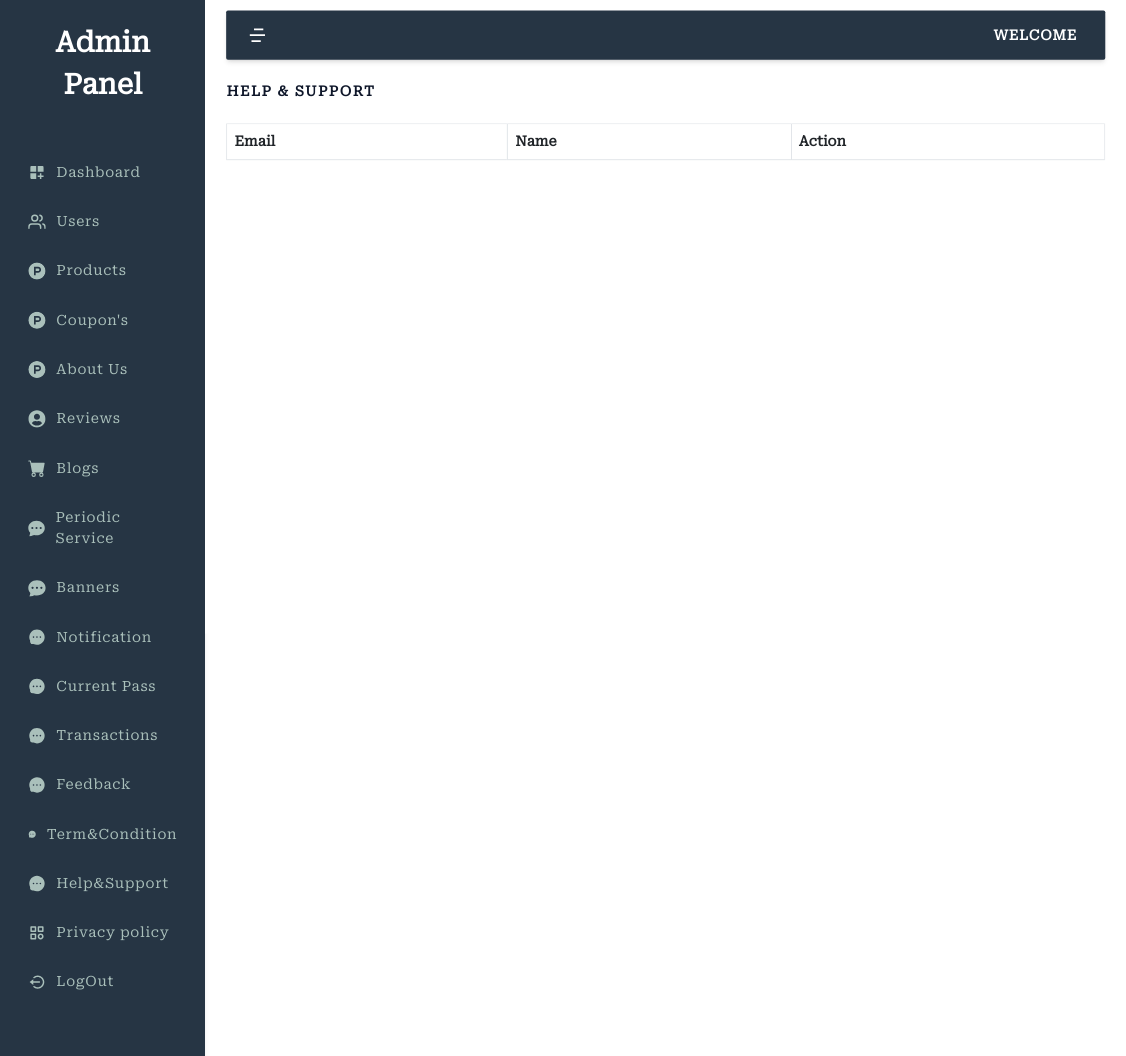
Repository: FlyweisReact/Arun-Chauhan
Page: /complaint
An editor plug-in stored every save of this project. The page is shown before and after the next save, followed by the edit.
The browser window is 1280 px wide. The pictures show the whole page, at 88% of full size.
The page's requests for data from a server got no answer. Some web libraries are served in a nearby version. The project was rebuilt for these pictures with package versions that can differ from the ones it lists, and the page was loaded fresh each time. No one was signed in, and anything a server would have sent is missing. Also part of the build but not shown: src/components/forms/Login.jsx, src/components/layout/Navbar.jsx, src/components/layout/Sidebar.jsx, src/components/layout/HOC.jsx, src/components/pages/Dashboard.jsx, src/components/vendorPanel/components/pages/Message/Message.js, src/components/pages/UserKundli/UserKundli.jsx, src/components/pages/discount/Discount.jsx and 27 more.

Above is the page before, as saved 2023-03-14 15:03:41.

After the next save:
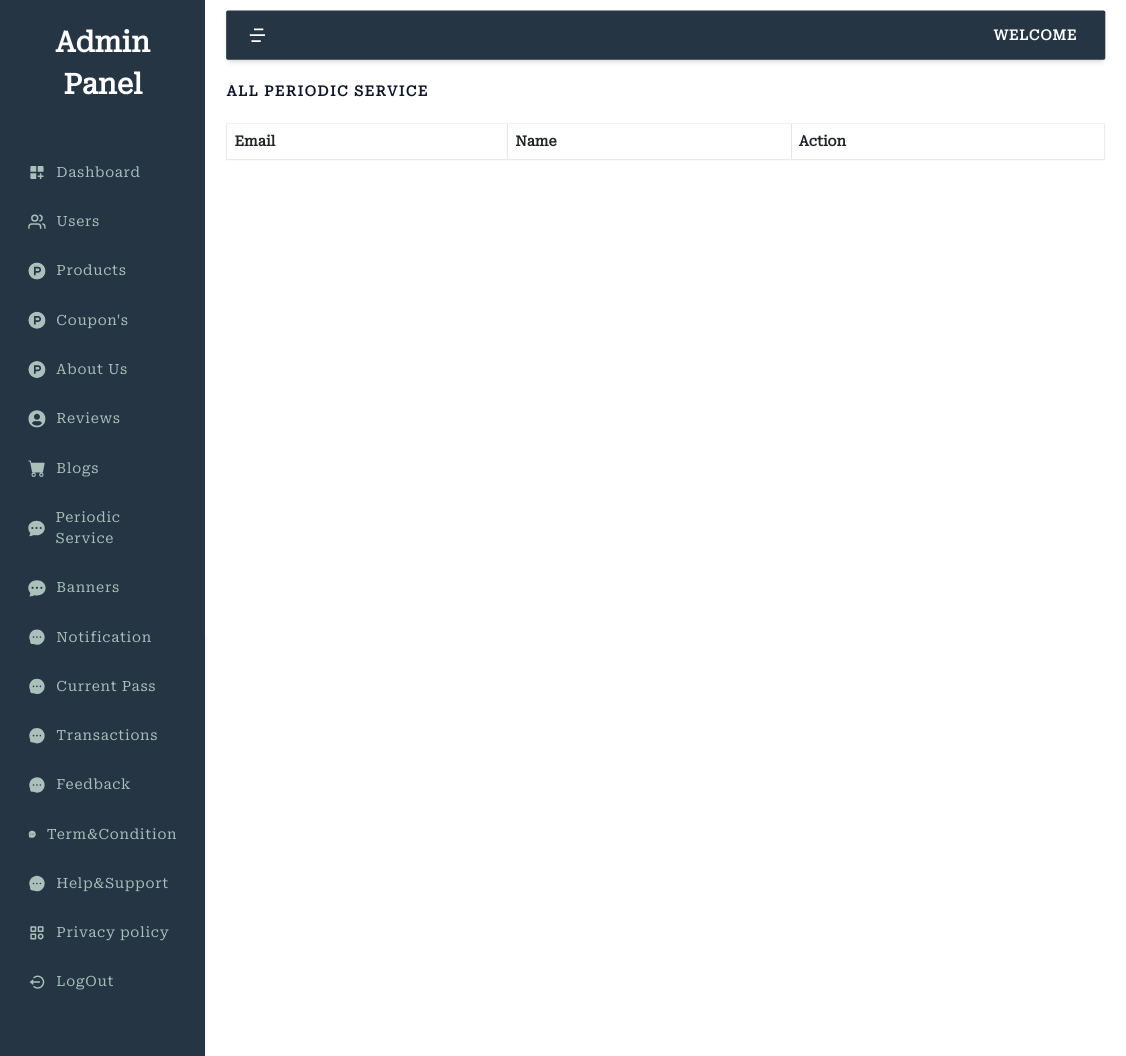
Saved 25 s later.
--- a/src/components/vendorPanel/components/pages/Complaint/Complaint.js
+++ b/src/components/vendorPanel/components/pages/Complaint/Complaint.js
@@ -97,7 +97,7 @@
       <section>
         <div className="pb-4 sticky top-0  w-full flex justify-between items-center bg-white">
           <span className="tracking-widest text-slate-900 font-semibold uppercase ">
-            Help & Support
+          All Periodic Service
           </span>
         </div>
 
